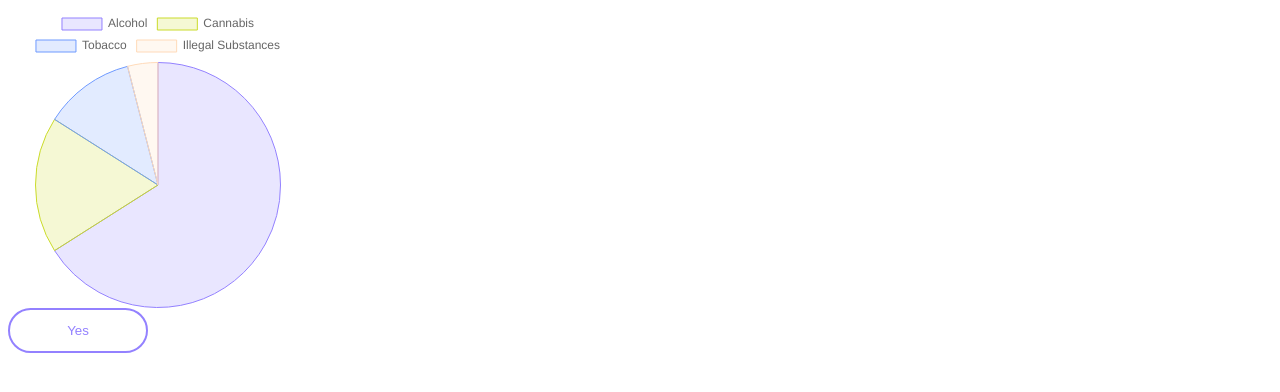
Repository: olivia-sk/MDIA-2109-2106-Big-Project
Page: /
These files come from the project's save history. The page is drawn as it stood at one moment and after a run of saves; the edit follows.
The browser window is 1280 px wide. The pictures show the whole page.
The project was rebuilt for these pictures with package versions that can differ from the ones it lists, and the page was loaded fresh each time. The framework's server and built-in components were replaced by stand-ins that run in the browser. Also part of the build but not shown: next.config.js, styles/globals.css, components/Button/Button.module.css, components/Button/index.js.

Above is the page before, as saved 2023-04-03 12:06:20.

After the next 2 saves:
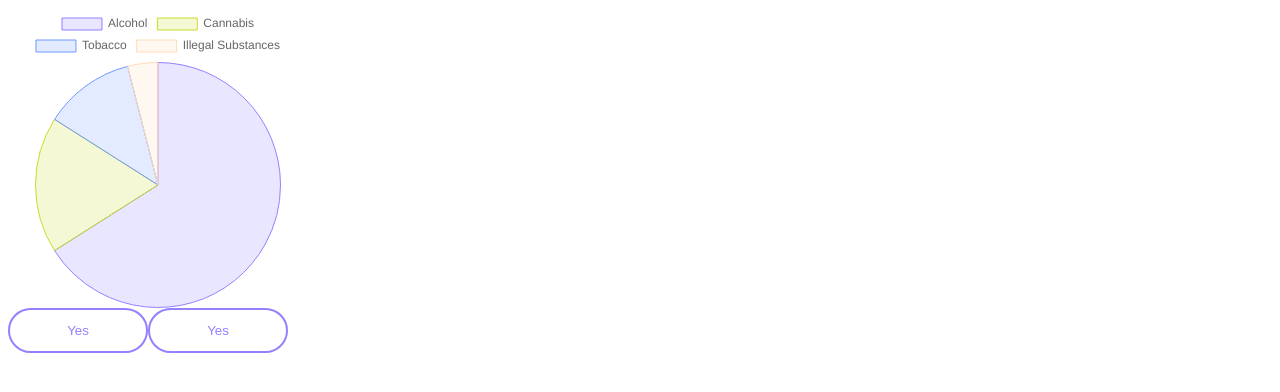
The 2 saves are shown as one change because they came seconds apart.
The last was saved 4 min 16 s later.
--- a/pages/index.js
+++ b/pages/index.js
@@ -17,7 +17,11 @@
       </Head>
       <main className={styles.main}>
         <Pie/>
+        <div>
+
+        </div>
         <button className={styles.button}><Link href="" className={styles.link}>Yes</Link></button>
+        <Link href="" className={styles.link}><button className={styles.button}>Yes</button></Link>
       </main>
     </>
   )

After the save that followed:
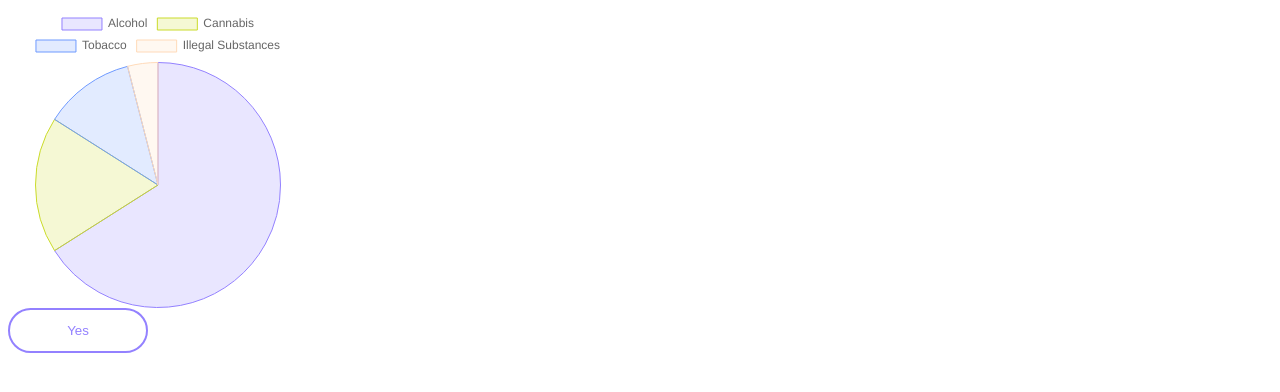
Saved 20 s later.
--- a/pages/index.js
+++ b/pages/index.js
@@ -20,7 +20,6 @@
         <div>
 
         </div>
-        <button className={styles.button}><Link href="" className={styles.link}>Yes</Link></button>
         <Link href="" className={styles.link}><button className={styles.button}>Yes</button></Link>
       </main>
     </>
